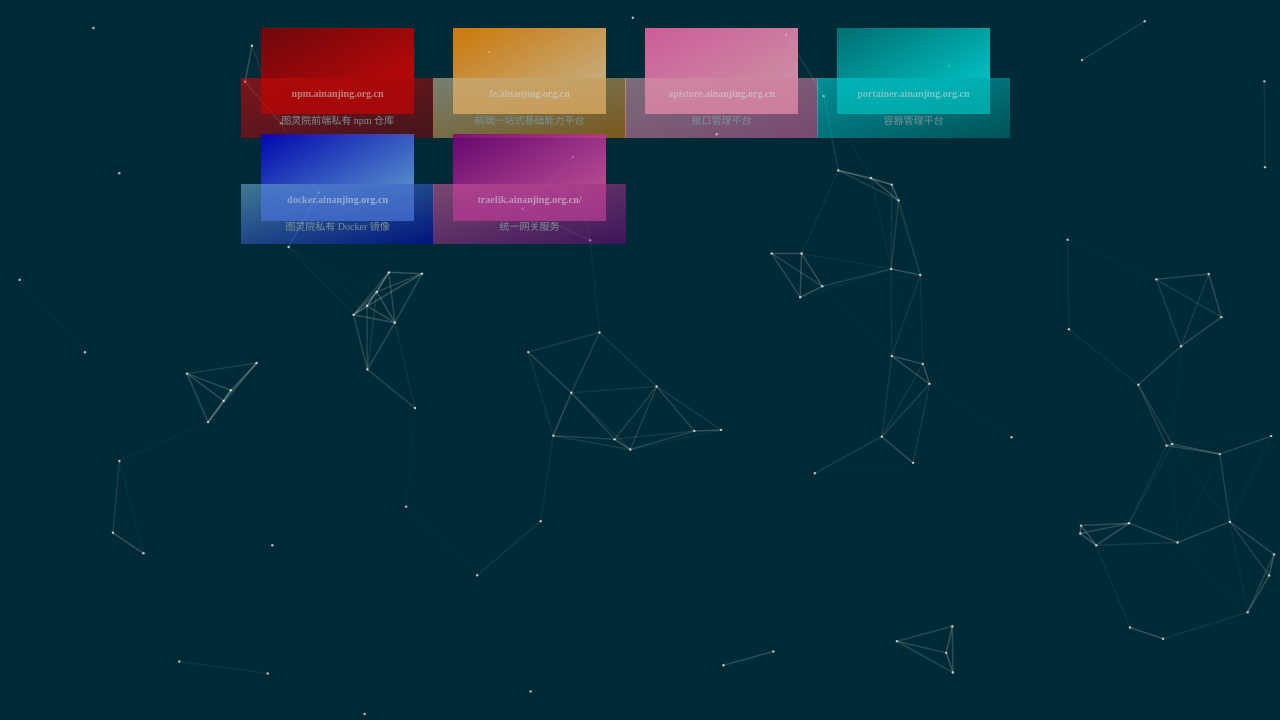
Repository: heweiwei1/portainer
Page: index.html
An editor plug-in stored every save of this project. The page is shown before and after the next save, followed by the edit.
The browser window is 1280 px wide. The pictures show the whole page.

Above is the page before, as saved 2021-04-14 13:49:33.

### index.html
<!DOCTYPE html>
<html lang="en">
<head>
  <meta charset="UTF-8">
  <meta http-equiv="X-UA-Compatible" content="IE=edge">
  <meta name="viewport" content="width=device-width, initial-scale=1.0">
  <title>网页</title>
  <link rel="stylesheet" href="index.css">
  <script src="index.js"></script>
</head>
<body>
  <div class="demo">
    <a class="demo1 demo-1" href="https://npm.ainanjing.org.cn/">
        <div class="trans">
          <h4>npm.ainanjing.org.cn</h4>
          <p>图灵院前端私有 npm 仓库</p>
        </div>
    </a>
    <a class="demo1 demo-2" href="https://fe.ainanjing.org.cn" id="pop">
          <div class="trans">
            <h4>fe.ainanjing.org.cn</h4>
            <p>前端一站式基础能力平台</p>
          </div>
    </a>
    <a class="demo1 demo-3" href="https://apistore.ainanjing.org.cn">
        <div class="trans">
          <h4>apistore.ainanjing.org.cn</h4>
          <p>接口管理平台</p>
        </div>
    </a>
    <a class="demo1 demo-4" href="https://portainer.ainanjing.org.cn">
        <div class="trans">
          <h4>portainer.ainanjing.org.cn</h4>
          <p>容器管理平台</p>
        </div>
    </a>
    <a class="demo1 demo-5" href="https://docker.ainanjing.org.cn">
        <div class="trans">
          <h4>docker.ainanjing.org.cn</h4>
          <p>图灵院私有 Docker 镜像</p>
        </div>
    </a>
    <a class="demo1 demo-6" href="https://traefik.ainanjing.org.cn/">
        <div class="trans">
          <h4>traefik.ainanjing.org.cn/</h4>
          <p>统一网关服务</p>
        </div>
    </a>
  </div>
</body>
</html>

### index.css
a {
  text-decoration: none;
  color: #000;
}
.demo {
  width: 60%;
  margin: auto;
  display: flex;
  flex-flow: row wrap;
  position: relative;
}

.demo a {
  position: relative;
  display: flex;
  flex-direction: column;
  align-items: center;
  width: 12vw;
  height: 6.75vw;
  margin-top: 20px;
  font-size: 10px;
}
.demo a:not(:nth-child(4n)){
  margin-right: 3vw;
}
.trans {
  position:absolute;
  top: 49.8px;
  width: 12vw;
  padding: 30px 20px;
  display: flex;
  justify-content: center;
  opacity: 0.6;
}
.demo1:hover .trans{
  opacity: 1;
}
.demo1 {
  opacity: 0.8;
}
.trans p{
  position: absolute;
  top: 24px;
  color: #fff;
}
.trans h4{
  position: absolute;
  top: -3px;
  color: #fff;
}
.demo-1 {
  background-image: linear-gradient(to bottom right,#8b0000,#ff0000);

}
.demo-1 .trans{
  background-image: linear-gradient(to top left,#8b0000,#ff0000);
}
.demo-2 {
  background-image: linear-gradient(to bottom right,#ff8c00,#f5deb3);
}
.demo-2 .trans{
  background-image: linear-gradient(to top left,#ff8c00,#f5deb3);
}
.demo-3 {
  background-image: linear-gradient(to bottom right,#ff69b4,#ffb6c1);
}
.demo-3 .trans{
  background-image: linear-gradient(to top left,#ff69b4,#ffb6c1);
}
.demo-4 {
  background-image: linear-gradient(to bottom right,#008080,#00ffff);
}
.demo-4 .trans{
  background-image: linear-gradient(to top left,#008080,#00ffff);
}
.demo-5 {
  background-image: linear-gradient(to bottom right,#0000cd,#87cefa);
}
.demo-5 .trans{
  background-image: linear-gradient(to top left,#0000cd,#87cefa);
}
.demo-6 {
  background-image: linear-gradient(to bottom right,#800080,#ff69b4);
}
.demo-6 .trans{
  background-image: linear-gradient(to top left,#800080,#ff69b4);
}

### index.js
window.onload = function(){
  var pop = document.getElementById("pop");
  pop.onclick = function(){
    alert("暂未启用");
    return false;
  }
  // 可调参数
var BACKGROUND_COLOR = "rgba(0,43,54,1)";   // 背景色
var POINT_NUM = 99;                         // 屏幕上点的数目
var POINT_COLOR = "rgba(255,255,255,0.7)";  // 点的颜色
var LINE_LENGTH = 10000;                    // 点之间连线长度(的平方)

// 创建背景画布
var cvs = document.createElement("canvas");
cvs.width = window.innerWidth;
cvs.height = window.innerHeight;
cvs.style.cssText = "\
    position:fixed;\
    top:0px;\
    left:0px;\
    z-index:-1;\
    opacity:1.0;\
    ";
document.body.appendChild(cvs);

var ctx = cvs.getContext("2d");

var startTime = new Date().getTime();

//随机数函数
function randomInt(min, max) {
    return Math.floor((max - min + 1) * Math.random() + min);
}

function randomFloat(min, max) {
    return (max - min) * Math.random() + min;
}

//构造点类
function Point() {
    this.x = randomFloat(0, cvs.width);
    this.y = randomFloat(0, cvs.height);

    var speed = randomFloat(0.3, 1.4);
    var angle = randomFloat(0, 2 * Math.PI);

    this.dx = Math.sin(angle) * speed;
    this.dy = Math.cos(angle) * speed;

    this.r = 1.2;

    this.color = POINT_COLOR;
}

Point.prototype.move = function () {
    this.x += this.dx;
    if (this.x < 0) {
        this.x = 0;
        this.dx = -this.dx;
    } else if (this.x > cvs.width) {
        this.x = cvs.width;
        this.dx = -this.dx;
    }
    this.y += this.dy;
    if (this.y < 0) {
        this.y = 0;
        this.dy = -this.dy;
    } else if (this.y > cvs.height) {
        this.y = cvs.height;
        this.dy = -this.dy;
    }
}

Point.prototype.draw = function () {
    ctx.fillStyle = this.color;
    ctx.beginPath();
    ctx.arc(this.x, this.y, this.r, 0, Math.PI * 2);
    ctx.closePath();
    ctx.fill();
}

var points = [];

function initPoints(num) {
    for (var i = 0; i < num; ++i) {
        points.push(new Point());
    }
}

var p0 = new Point(); //鼠标
p0.dx = p0.dy = 0;
var degree = 2.5;
document.onmousemove = function (ev) {
    p0.x = ev.clientX;
    p0.y = ev.clientY;
}
document.onmousedown = function (ev) {
    degree = 5.0;
    p0.x = ev.clientX;
    p0.y = ev.clientY;
}
document.onmouseup = function (ev) {
    degree = 2.5;
    p0.x = ev.clientX;
    p0.y = ev.clientY;
}
window.onmouseout = function () {
    p0.x = null;
    p0.y = null;
}

function drawLine(p1, p2, deg) {
    var dx = p1.x - p2.x;
    var dy = p1.y - p2.y;
    var dis2 = dx * dx + dy * dy;
    if (dis2 < 2 * LINE_LENGTH) {
        if (dis2 > LINE_LENGTH) {
            if (p1 === p0) {
                p2.x += dx * 0.03;
                p2.y += dy * 0.03;
            } else return;
        }
        var t = (1.05 - dis2 / LINE_LENGTH) * 0.2 * deg;
        ctx.strokeStyle = "rgba(255,255,255," + t + ")";
        ctx.beginPath();
        ctx.lineWidth = 1.5;
        ctx.moveTo(p1.x, p1.y);
        ctx.lineTo(p2.x, p2.y);
        ctx.closePath();
        ctx.stroke();
    }
    return;
}

//绘制每一帧
function drawFrame() {
    cvs.width = window.innerWidth;
    cvs.height = window.innerHeight;
    ctx.fillStyle = BACKGROUND_COLOR;
    ctx.fillRect(0, 0, cvs.width, cvs.height);

    var arr = (p0.x == null ? points : [p0].concat(points));
    for (var i = 0; i < arr.length; ++i) {
        for (var j = i + 1; j < arr.length; ++j) {
            drawLine(arr[i], arr[j], 1.0);
        }
        arr[i].draw();
        arr[i].move();
    }

    window.requestAnimationFrame(drawFrame);
}

  initPoints(POINT_NUM);
  drawFrame();
}

After the next save:
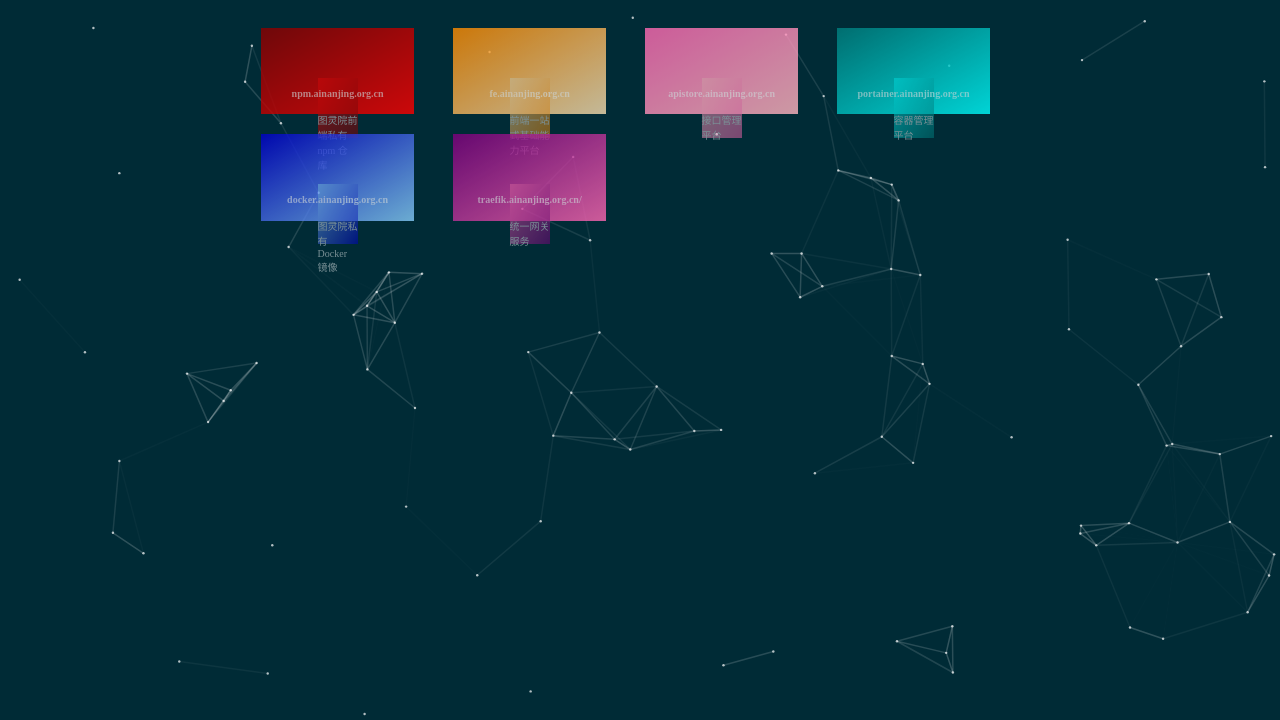
Saved 40 s later.
--- a/index.css
+++ b/index.css
@@ -26,7 +26,7 @@
 .trans {
   position:absolute;
   top: 49.8px;
-  width: 12vw;
+  width: 1005;
   padding: 30px 20px;
   display: flex;
   justify-content: center;

After the save that followed:
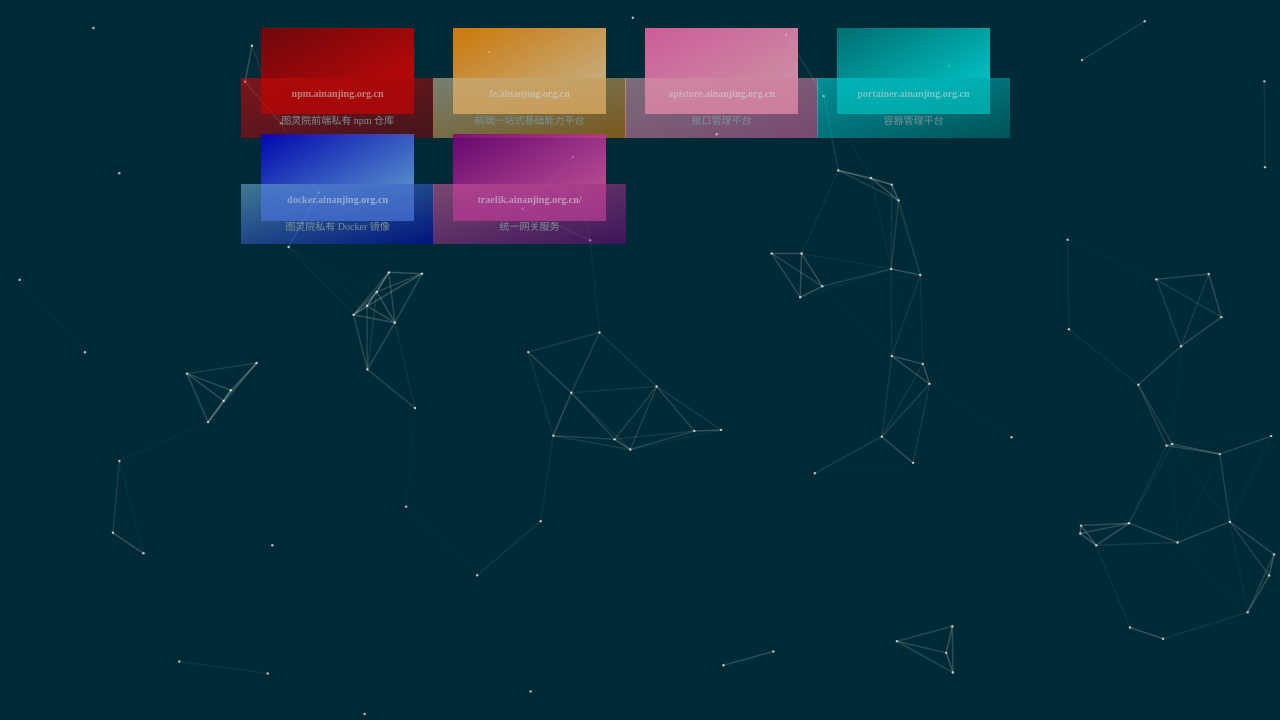
Saved 8 s later.
--- a/index.css
+++ b/index.css
@@ -26,7 +26,7 @@
 .trans {
   position:absolute;
   top: 49.8px;
-  width: 1005;
+  width: 100%;
   padding: 30px 20px;
   display: flex;
   justify-content: center;
